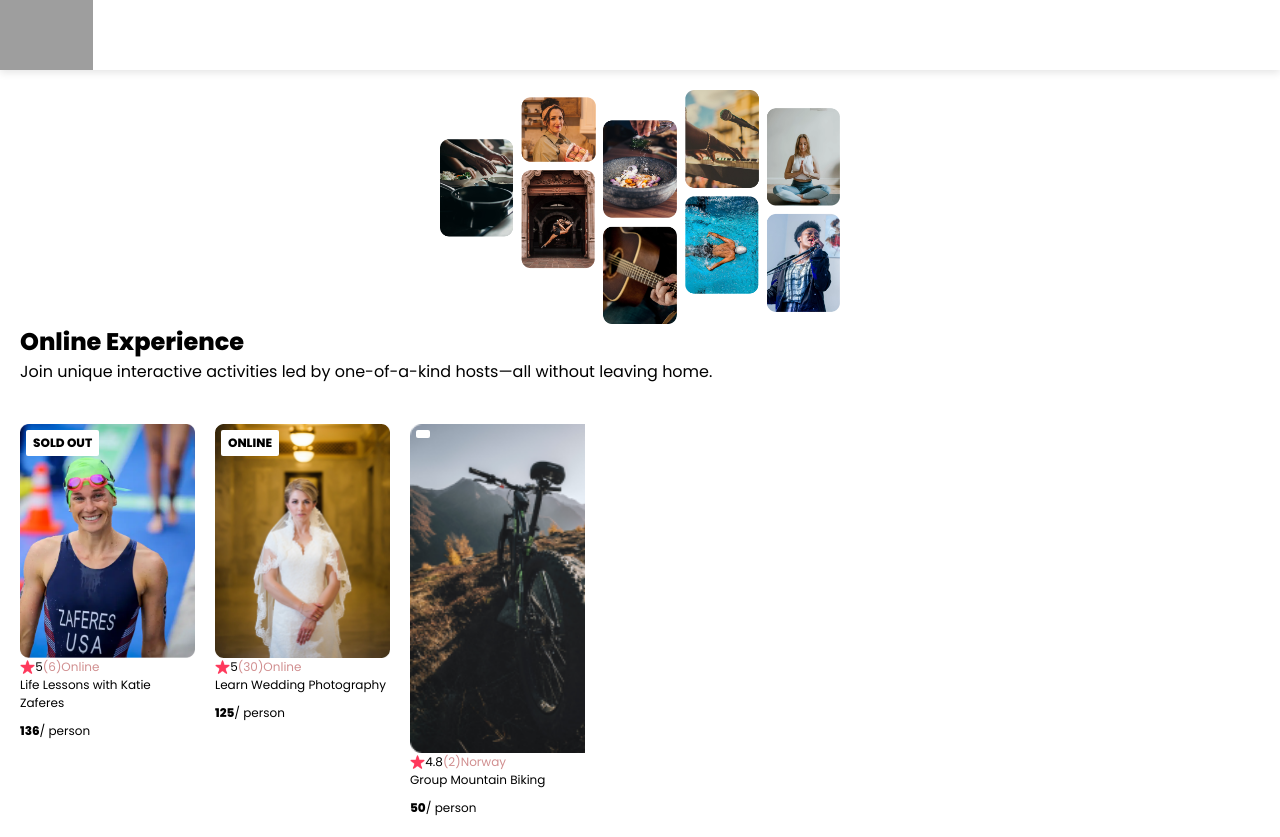
Repository: Richswag009/my-travel-journal
Page: /
The author's editor kept a copy of each file at every save. The page is drawn from the files as they stood at one save, then again after the next save.
The browser window is 1280 px wide. The pictures show the whole page.
Pictures or frames that could not be fetched are drawn as grey boxes. Some web fonts or font styles are not loaded; a fallback is used. The project was rebuilt for these pictures with package versions that can differ from the ones it lists, and the page was loaded fresh each time.

Above is the page before, as saved 2022-06-17 16:56:19.

### public/index.html
<!DOCTYPE html>
<html lang="en">
  <head>
    <meta charset="utf-8" />
    <link rel="icon" href="%PUBLIC_URL%/favicon.ico" />
    <meta name="viewport" content="width=device-width, initial-scale=1" />
    <meta name="theme-color" content="#000000" />
    <meta name="description"content="Web site created using create-react-app"/>
    <link rel="preconnect" href="https://fonts.googleapis.com">
    <link rel="preconnect" href="https://fonts.gstatic.com" crossorigin>
    <link href="https://fonts.googleapis.com/css2?family=Baloo+Thambi+2&family=Poppins:wght@400;500;800&family=Raleway&family=Rubik&display=swap" rel="stylesheet">
    <link rel="apple-touch-icon" href="%PUBLIC_URL%/logo192.png" />
    <link rel="manifest" href="%PUBLIC_URL%/manifest.json" />
    <title>React Fact</title>
  </head>
  <body>
    <noscript>You need to enable JavaScript to run this app.</noscript>
    <div id="root"></div>

  </body>
</html>

### src/App.js

import React,{Component} from 'react';
import './App.css';
import Header from './component/Header';
import Hero from './component/Hero';
import Card from './component/Card';
import Data from './Data'

// import Users from './component/users/Users';
class App extends Component{
  render(){
    const cards =Data.map(items=>{
      return(
        <Card
        key={items.id}
        img={items.coverImg}
        rating={items.stats.rating}
        reviewCount={items.stats.reviewCount}
        Location={items.location}
        title={items.title}
        price={items.price}
        openSpots={items.openSpots}
        />
      )
    })
    return (
      <div className="App">
       <Header/>
       <Hero/>
       <section className='card-list'>
       {cards}
       </section>
      </div>
    );
  }
}

export default App;

### src/App.css
*{
    margin: 0;
    padding: 0;
    box-sizing: border-box;
}body{
    margin: 0;
    font-family: 'Poppins', sans-serif;}
.gray{
    color: #d18f90;
}
nav{
    height: 70px;
    display: flex;
    box-shadow:0px 3px 7.5px rgba(0,0,0,0.1) ;
}.nav-logo{
    max-width: 150px;
}section{
    padding: 20px;
}.hero{
display: flex;
flex-direction: column;
}
.hero-image{
    /* position: absolute; */
    max-width: 400px;
    align-self: center;
}.hero>h1{
margin: 16px 0;
}
.hero>p{
    margin-top: 0;
}.card-list{
    display: flex;
    flex-wrap: nowrap;
    gap: 20px;
    overflow-x: auto;

}.card{
    width: 175px;
    font-size: 12px;
    flex: 0 0 auto;
    display: flex;
    flex-direction:column;
    position: relative;
}.card-image{
    width: 176px;
    border-radius: 9px;
    margin-bottom: 20px;


}.card-stats{
    display: flex;
    align-items: center;

}.card-star{
    height: 14px;
}.card-title{
    overflow: hidden;
    text-overflow: ellipsis;
}.card-price {
    margin-top: 10px;
}.card-badge{
    position: absolute;
    top: 6px;
    left: 6px;
    background-color: #fff;
    padding: 4px 7px;
    border-radius: 2px;
    font-weight: bold;

}

### src/component/Header.js
import React, { Component } from 'react'
// import logo from './images/logo.png'
export default class Header extends Component {



    render() {
        return (
            <div>
                <nav>
                < img className='nav-logo' src='./images/logo.png' alt="" />
                </nav>
            </div>
        )
    }
}

### src/component/Hero.js
import React, { Component } from 'react'
//  import Group from '../images/Group-77.png'
export default class Hero extends Component {

    render() {
        return (
            < section className='hero'>
                <img className='hero-image' src='./images/Group-77.png' alt="" />
                <div>
                <h1>Online Experience</h1>
                <p>Join unique interactive activities led by one-of-a-kind hosts—all without leaving home.
                </p>
                </div>
            </section>
        )
    }
}

### src/component/Card.js
import React, { Component } from 'react'
// import Image12 from '../images/image12.png'
// import Star from '../images/Star-1.png'

export default class Card extends Component {

    render() {
        let badgeText
        if(this.props.openSpots===0){
            badgeText='SOLD OUT'
        }else if(this.props.Location ==='Online'){
            badgeText='ONLINE'

        }
        return (
            <div className='card'>
                {<div className='card-badge'>{badgeText}</div>}
                <img className='card-img' src={`/images/${this.props.img}`} alt="" />
                <div className='card-stats'>
                <img className='card-star' src='./images/Star-1.png' alt="" />
                <span>{this.props.rating}</span>
                <span className='gray'>({this.props.reviewCount})</span>
                <span className='gray'>{this.props.Location}</span>
                </div>
                <p className='card-title'>{this.props.title}</p>
                <p className='card-price'><b>{this.props.price}</b>/ person</p>
            </div>
        )
    }
}

### src/Data.js


 const Data= [
    {
        id: 1,
        title: "Life Lessons with Katie Zaferes",
        description: "I will share with you what I call \"Positively Impactful Moments of Disappointment.\" Throughout my career, many of my highest moments only came after setbacks and losses. But learning from those difficult moments is what gave me the ability to rise above them and reach my goals.",
        price: 136,
        coverImg: "katie-zaferes.png",
        stats: {
            rating: 5.0,
            reviewCount: 6
        },
        location: "Online",
        openSpots: 0,
    },
    {
        id: 2,
        title: "Learn Wedding Photography",
        description: "Interested in becoming a wedding photographer? For beginner and experienced photographers alike, join us in learning techniques required to leave the happy couple with memories that'll last a lifetime.",
        price: 125,
        coverImg: "wedding-photography.png",
        stats: {
            rating: 5.0,
            reviewCount: 30
        },
        location: "Online",
        openSpots: 25,
    },
    {
        id: 3,
        title: "Group Mountain Biking",
        description: "Experience the beautiful Norwegian landscape and meet new friends all while conquering rugged terrain on your mountain bike. (Bike provided!)",
        price: 50,
        coverImg: "mountain-bike.png",
        stats: {
            rating: 4.8,
            reviewCount: 2
        },
        location: "Norway",
        openSpots: 3,
    }
]
export default Data;

Loaded but not shown: src/index.js (common file)

After the next save:
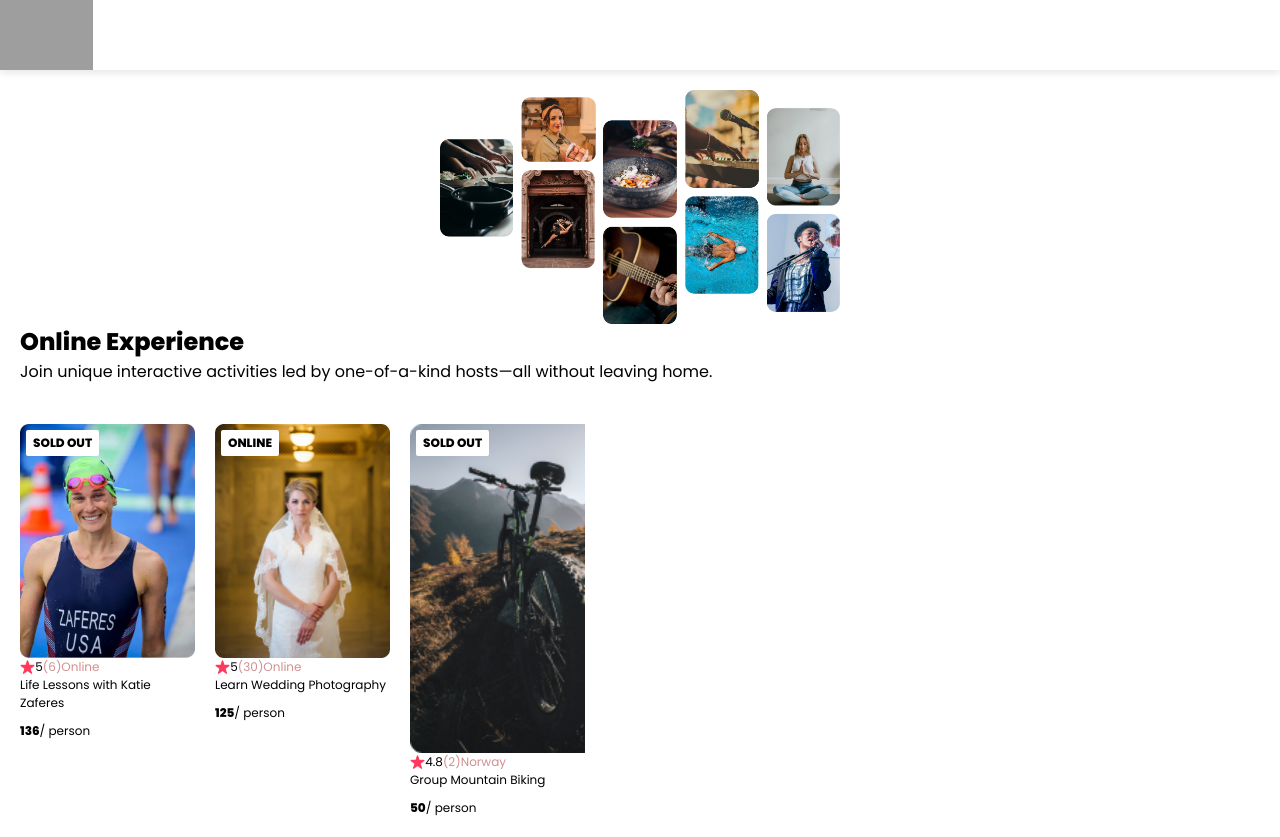
Saved 35 s later.
--- a/src/Data.js
+++ b/src/Data.js
@@ -38,7 +38,7 @@
             reviewCount: 2
         },
         location: "Norway",
-        openSpots: 3,
+        openSpots: 0,
     }
 ]
 export default Data;

After the save that followed:
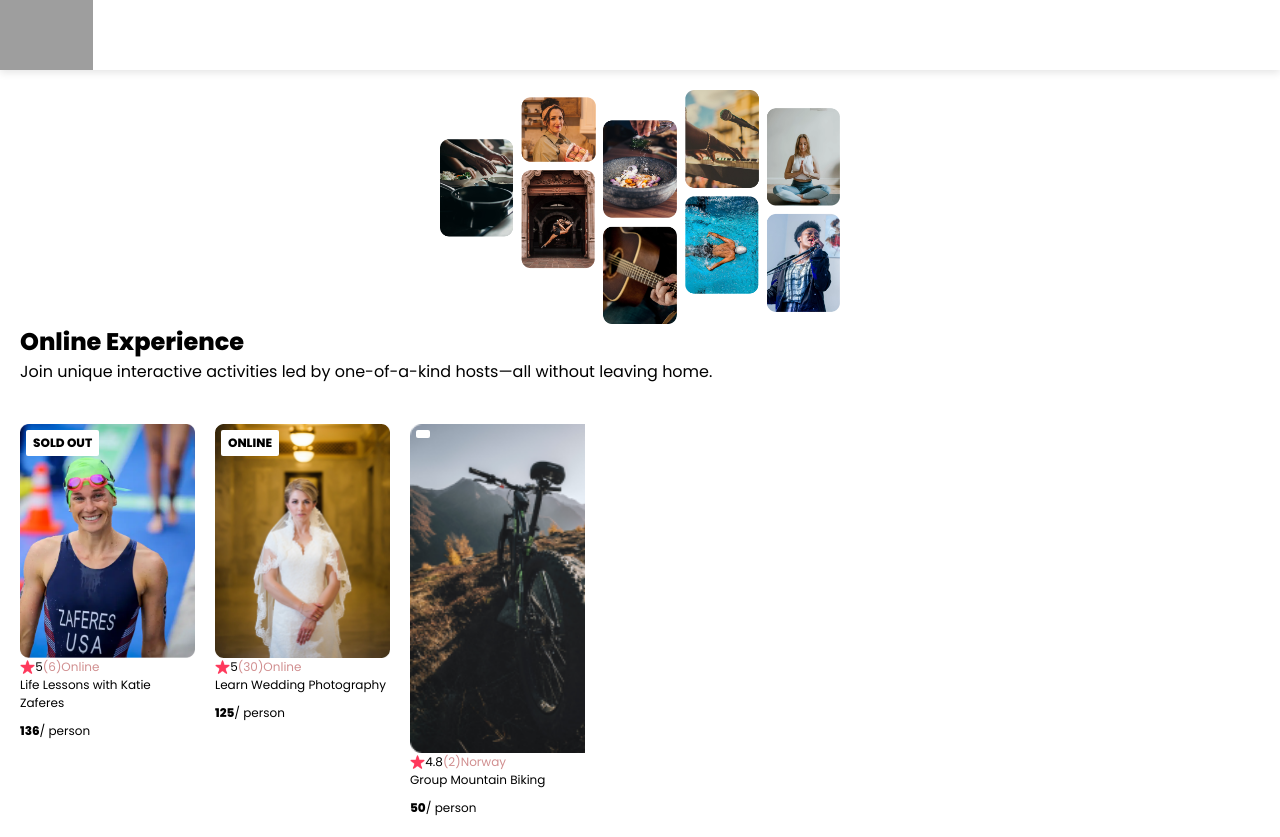
Saved 16 s later.
--- a/src/Data.js
+++ b/src/Data.js
@@ -38,7 +38,7 @@
             reviewCount: 2
         },
         location: "Norway",
-        openSpots: 0,
+        openSpots: 24,
     }
 ]
 export default Data;
